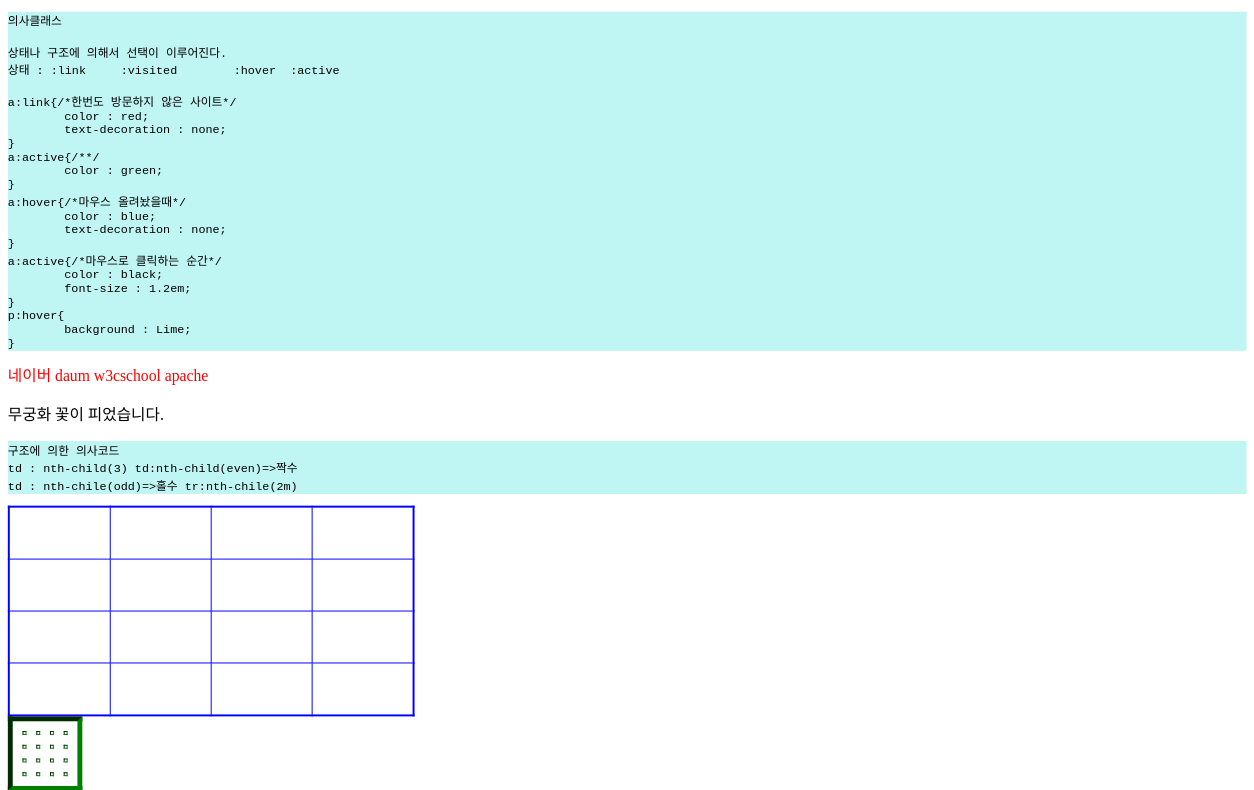
Repository: yul3220/WebProgrammingLecture
Page: webpro/WebContent/2021-01-08/의사클래스.html
The author's editor kept a copy of each file at every save. The page is drawn from the files as they stood at one save, then again after the next save.
The browser window is 1280 px wide. The pictures show the whole page, at 98% of full size.

Above is the page before, as saved 2021-01-08 01:07:30.

### webpro/WebContent/2021-01-08/의사클래스.html
<!DOCTYPE html>
<html>
<head>
<meta charset="UTF-8">
<title>Insert title here</title>
<link rel = "stylesheet" href = "../css/public.css">
<style>
a:link{/*한번도 방문하지 않은 사이트*/
	color : red;
	text-decoration : none;
}
a:active{/**/
	color : green;
}
a:hover{/*마우스 올려놨을때*/
	color : blue;
	text-decoration : none;
}
a:active{/*마우스로 클릭하는 순간*/
	color : black;
	font-size : 1.2em;
}
p:hover{
	background : Lime;
}
#tab1{
	border : 2px solid blue;
	border-collapse : collapse;
}
#tab1 td{
	width : 150px;
	height : 40px;
}
#tab2{
	border : 5px inset green;
	border-spacing : 10px;
}
#tab1 td{
	width : 100px;
	height : 50px;
}
</style>
</head>
<body>
<pre>
의사클래스

상태나 구조에 의해서 선택이 이루어진다.
상태 : :link 	:visited	:hover	:active

a:link{/*한번도 방문하지 않은 사이트*/
	color : red;
	text-decoration : none;
}
a:active{/**/
	color : green;
}
a:hover{/*마우스 올려놨을때*/
	color : blue;
	text-decoration : none;
}
a:active{/*마우스로 클릭하는 순간*/
	color : black;
	font-size : 1.2em;
}
p:hover{
	background : Lime;
}
</pre>

<a href="http://www.naver.com">네이버</a>
<a href="http://www.daum.net">daum</a>
<a href="http://www.w3cschool.com">w3cschool</a>
<a href="htpp://apche.org">apache</a>

<p>무궁화 꽃이 피었습니다.</p>
<pre>
구조에 의한 의사코드
td : nth-child(3) td:nth-child(even)=>짝수
td : nth-chile(odd)=>홀수 tr:nth-chile(2m)
</pre>

<table border="1" id="tab1">
  <tr>
    <td></td>
    <td></td>
    <td></td>
    <td></td>
  </tr>

  <tr>
    <td></td>
    <td></td>
    <td></td>
    <td></td>
  </tr>

  <tr>
    <td></td>
    <td></td>
    <td></td>
    <td></td>
  </tr>

   <tr>
    <td></td>
    <td></td>
    <td></td>
    <td></td>
  </tr>
</table>

<table border="1" id="tab2">
  <tr>
    <td></td>
    <td></td>
    <td></td>
    <td></td>
  </tr>

  <tr>
    <td></td>
    <td></td>
    <td></td>
    <td></td>
  </tr>

  <tr>
    <td></td>
    <td></td>
    <td></td>
    <td></td>
  </tr>

   <tr>
    <td></td>
    <td></td>
    <td></td>
    <td></td>
  </tr>
</table>
</body>
</html>

### webpro/WebContent/css/public.css
@CHARSET "UTF-8";
pre{
	background-color : #BFF5F3;
	font-size : 12px;
}

After the next save:
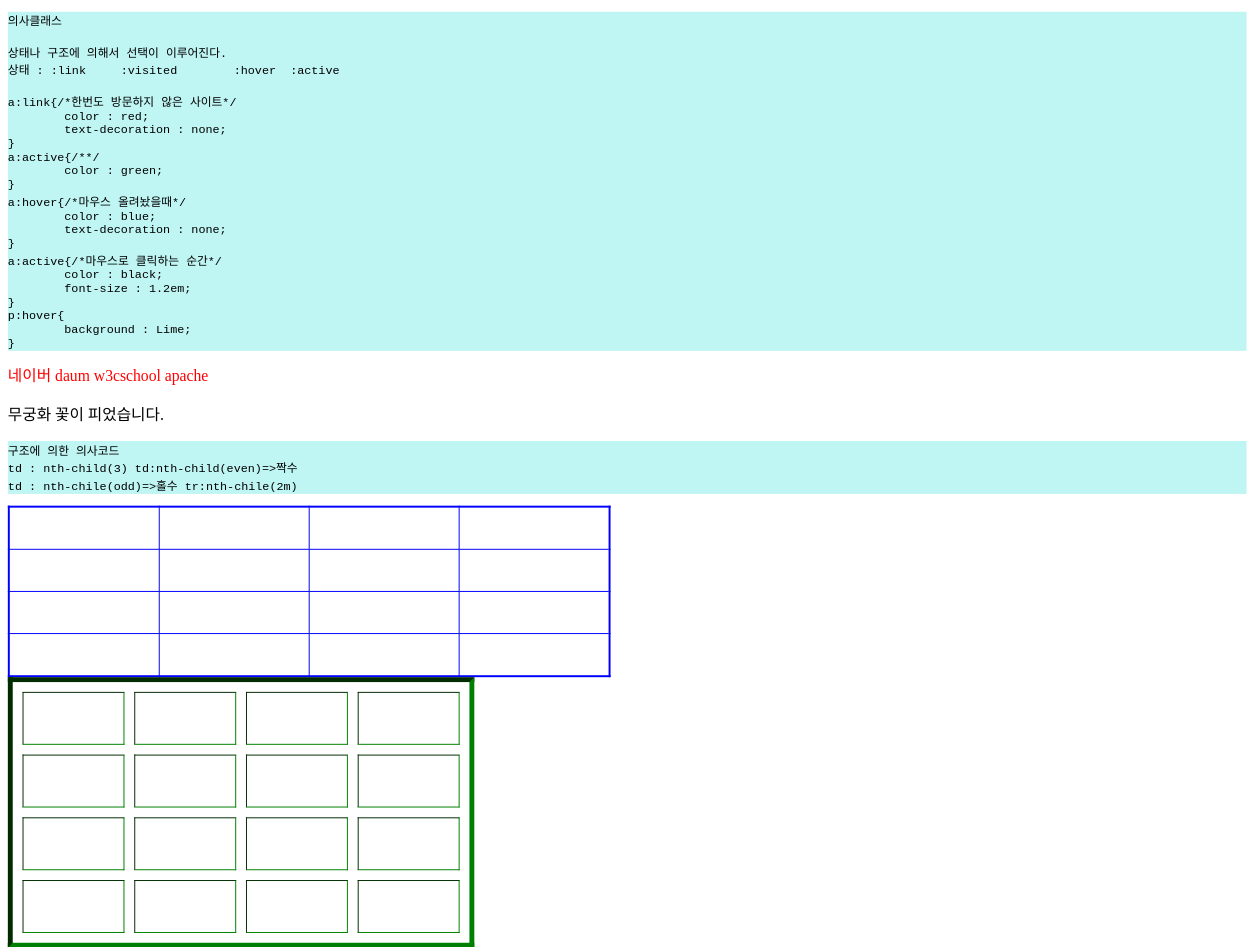
Saved 24 s later.
--- a/webpro/WebContent/2021-01-08/의사클래스.html
+++ b/webpro/WebContent/2021-01-08/의사클래스.html
@@ -35,7 +35,7 @@ p:hover{
 	border : 5px inset green;
 	border-spacing : 10px;
 }
-#tab1 td{
+#tab2 td{
 	width : 100px;
 	height : 50px;
 }
